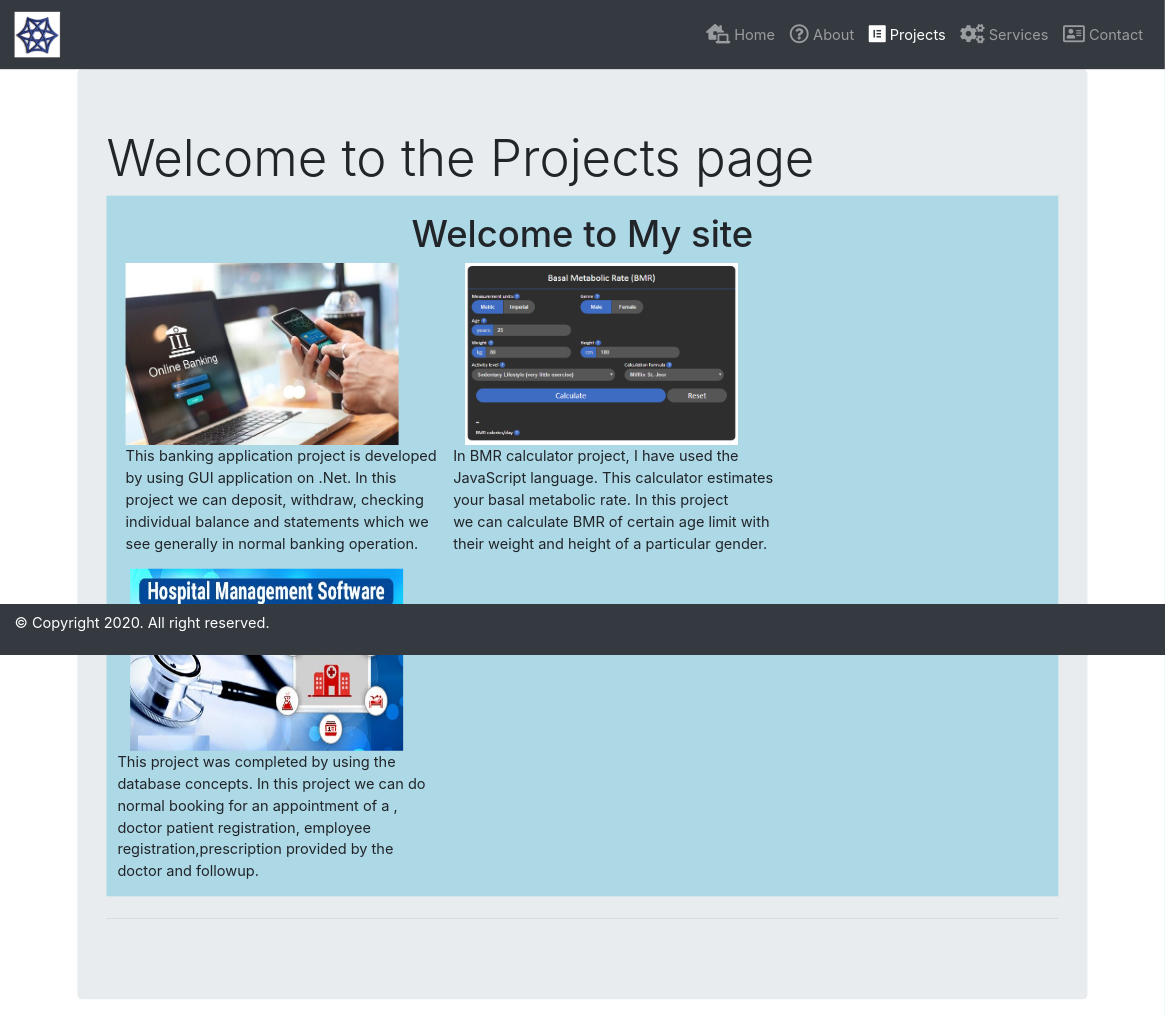
Repository: laxmangothe2020/COMP229Assignment
Page: http://localhost/projects
An editor plug-in stored every save of this project. The page is shown before and after the next save, followed by the edit.
The browser window is 1280 px wide. The pictures show the whole page, at 91% of full size.
The page is served by the project's Node server (server.js). Other server files are loaded and not shown.

Above is the page before, as saved 2021-02-12 00:09:03.

### views/index.ejs

<%- include partials/header.ejs %>

   <%- include partials/main_nav.ejs %>

      <!-- Main Contain -->
   <main class="container">
    <div class="jumbotron">
    <h1 class="display-4"> Welcome to the <%= title %> page </h1>
    <!--Using Switch case all infornation passed through here-->
      <% switch (title) {
        case 'Home' : %>
        <%- include partials/home.ejs %>
                <% break;

        case 'About' : %>
        <%- include partials/about.ejs %>
                <% break;

        case 'Projects' : %>
        <%- include partials/projects.ejs %>
                <% break;

        case 'Services' : %>
        <%- include partials/services.ejs %>
                <% break;

        case 'Contact' : %>
        <%- include partials/contact.ejs %>
              <% break;
       } %>
      <hr class="my-4">
    </div>
  </main>

   <%- include partials/bottom_nav.ejs %>


    <%- include partials/footer.ejs %>

### views/partials/header.ejs

<!DOCTYPE html>
<html lang="en">
  <head>
   <meta charset="UTF-8">
   <meta name="viewport" content="with=device-width, initial-scale=1.0">
    <title><%= title %></title>

  <!-- CSS Section-->
  <link rel="stylesheet" href="/bootstrap/dist/css/bootstrap.min.css">
  <link rel="stylesheet" href="/@fortawesome/fontawesome-free/css/all.min.css">
  <link rel='stylesheet' href='/Content/app.css'/>

</head>
<body>

### views/partials/main_nav.ejs
<!-- Main Navigation -->
   <nav class="navbar navbar-expand-lg navbar-dark bg-dark">
      <a class="navbar-brand" href="/"><img src="./Assets/images/hexagon.jpg" alt="Hexagon picture" width="50" height="50"></a>
      <button class="navbar-toggler" type="button" data-toggle="collapse" data-target="#navbarSupportedContent" aria-controls="navbarSupportedContent" aria-expanded="false" aria-label="Toggle navigation">
       <span class="navbar-toggler-icon"></span>
     </button>

     <div class="collapse navbar-collapse" id="navbarSupportedContent">
        <ul class="navbar-nav ml-auto">

          <% if (title == "Home") { %>
        <li class="nav-item active">
        <% } else { %>
        <li class="nav-item">
        <% } %>
          <a class="nav-link" href="/home"><i class="fas fa-lg fa-laptop-house"></i> Home </a>
        </li>

        <% if (title == "About") { %>
          <li class="nav-item active">
          <% } else { %>
          <li class="nav-item">
          <% } %>
        <a class="nav-link" href="/about"><i class="far fa-lg fa-question-circle"></i> About </a>
        </li>

        <% if (title == "Projects") { %>
          <li class="nav-item active">
          <% } else { %>
          <li class="nav-item">
          <% } %>
        <a class="nav-link" href="/projects"><i class="fab fa-lg fa-elementor"></i> Projects </a>
        </li>

        <% if (title == "Services") { %>
          <li class="nav-item active">
          <% } else { %>
          <li class="nav-item">
          <% } %>
        <a class="nav-link" href="/services"><i class="fas fa-lg fa-cogs"></i> Services </a>
        </li>

        <% if (title == "Contact") { %>
          <li class="nav-item active">
          <% } else { %>
          <li class="nav-item">
          <% } %>
        <a class="nav-link" href="/contact"><i class="far fa-lg fa-address-card"></i> Contact </a>

        </li>

      </div>
    </nav>

### views/partials/home.ejs
<body>
   <div style="background-color: lightblue;margin-bottom: 10px">
                    <h3 style="padding-left: 40px;padding-top:10px;color: #AA7439"><h1 style="text-align:center;">Welcome to My site</h1>
                    <div style="width: 100%;height:100%;background-color:lightblue;">
                        <img src="./Assets/images/homeimg.png" alt="3D Picture" width="450" style="float: right;margin-left: 20px;margin-right:20px;">
                       <p style="padding-left:15px; padding-right: 10px; color:#696969;margin:20px;text-align: justify;line-height:1.7;padding-bottom: 20px;">
                           Your new MyWebsite Now is here! Let's build and publish your website together. We developed this series of help articles to introduce you to the basic functions of web design with your MyWebsite Now.Our industry software experts have years of experience building business automation web solutions for a number of verticals. We use custom APIs and our mastery of web services to build web-based automation services for applications like inventory control, digital marketing and customer relationship management.
                           <br> <br><b> MISSION STATEMENT </b><br><br>
                            My mission is to have a successful careers in software engineering and graduate education with a thorough understanding of software engineering and experiential learning opportunities to apply that knowledge to solve real-world problems.
                             </p>
                    </div>
                    </div>
        <p>
         <h5 style="text-align:center;"><a href="/about"> About Page</a></h5>
        </p>
         <div >
                <div class="social" style="float:left;clear:none;float: right;">

                   <img src="./Assets/images/fbcolor.png">

                   <img src="./Assets/images/InstaColor.png">

                    <img src="./Assets/images/twitterColor.png">
                    <img src="./Assets/images/gPlusColor.png">
               </div>
            </div>

</body>

### views/partials/about.ejs

         <div id="contentEditable">


                    <div style="background-color: lightblue;">
                        <h3 style="padding-left: 40px;padding-top:20px;color: #AA7439"><h3 style="text-align:center;"> About Me </h3>
                        <div style="width: 100%;height:100%;background-color:lightblue;">
                            <img src="./Assets/images/laxman.jpeg" alt="Security for Life" width="300" style="float: right;margin-left: 30px;margin-right:30px">
                           <p style="padding-left:15px; padding-right: 10px; color:#696969;margin:20px;text-align: justify;line-height:1.7;padding-bottom: 20px;">
                             Hello, my name is Laxman Gothe. Currently, I am a student of Software Engineering Technology in the 3rd semester. I am from Nepal. I believe that learning never ends. I love hiking, rafting, and traveling to new places in my free time.
                             <br>
                             <br>
                             Regarding to my education, I had completed a bachlor's degree in Electronics and Communication Engineering fro Tribhuvan University, Nepal.
                             <br>
                             <br>
                             I had enrolled in Software Engineering Technology at Centennial College to a software developer and currently I am enrolled in 3rd semester. Software technology is my first subject that I am taking in Canada and I am enjoying it as it is my part of interest too.
                             <br>
                             <br>
                             Thank You
                             <br>
                             <br>
                             With Regards
                             <br>
                             <br>
                             Laxman Gothe
                             <br>
                             <br>
                             301102988

                           </p>
                       </div>


                    </div>
        </div>
<p>
<h5 style="text-align:center;"><a href="/public/PDF/resume.pdf"> Resume </a></h5>
</p>

### views/partials/projects.ejs
<body>
    <div id="holdingContainer">
 <div style="background-color: lightblue;margin-bottom: 15px">
     <h3 style="padding-left: 40px;padding-top:10px;color: #AA7439">
        <h1 style="text-align:center;">Welcome to My site</h1>
        <div style="width: 100%;height:100%;background-color:lightblue;"></div>
          <div id="contentEditable">
            <div class = "row">
             <div class="column">
               &nbsp;&nbsp;&nbsp;&nbsp;&nbsp;&nbsp;&nbsp;&nbsp;<img src="./Assets/images/banking.jpg" width="300" height="200">
              <p>&nbsp;&nbsp;&nbsp;&nbsp;&nbsp;&nbsp;&nbsp;&nbsp;This banking application project is developed<br>
                &nbsp;&nbsp;&nbsp;&nbsp;&nbsp;&nbsp;&nbsp;&nbsp;by using GUI application on .Net. In this  <br>
                &nbsp;&nbsp;&nbsp;&nbsp;&nbsp;&nbsp;&nbsp;&nbsp;project we can deposit, withdraw, checking<br>
                &nbsp;&nbsp;&nbsp;&nbsp;&nbsp;&nbsp;&nbsp;&nbsp;individual balance and statements which we <br>
                &nbsp;&nbsp;&nbsp;&nbsp;&nbsp;&nbsp;&nbsp;&nbsp;see generally in normal banking operation.</p>
            </div>


           <div class="column">
            &nbsp;&nbsp;&nbsp;&nbsp;&nbsp;&nbsp;&nbsp;<img src="./Assets/images/bmr.png" width="300" height="200" >
             <p> &nbsp;&nbsp;&nbsp;&nbsp;In BMR calculator project, I have used the<br>
                &nbsp;&nbsp;&nbsp;&nbsp;JavaScript language. This calculator estimates <br>
                &nbsp;&nbsp;&nbsp;&nbsp;your basal metabolic rate. In this project <br>
                &nbsp;&nbsp;&nbsp;&nbsp;we can calculate BMR of certain age limit with <br>
                &nbsp;&nbsp;&nbsp;&nbsp;their weight and height of a particular gender.</p>
           </div>



           <div class="column">
            &nbsp;&nbsp;&nbsp;&nbsp;&nbsp;&nbsp;&nbsp;&nbsp;&nbsp;<img src="./Assets/images/hospital.jpg" width="300" height="200" >
               <p> &nbsp;&nbsp;&nbsp;&nbsp;&nbsp;&nbsp;This project was completed by using the<br>
                   &nbsp;&nbsp;&nbsp;&nbsp;&nbsp;&nbsp;database concepts. In this project we can do <br>
                   &nbsp;&nbsp;&nbsp;&nbsp;&nbsp;&nbsp;normal booking for an appointment of a ,<br>
                   &nbsp;&nbsp;&nbsp;&nbsp;&nbsp;&nbsp;doctor patient registration, employee <br>
                   &nbsp;&nbsp;&nbsp;&nbsp;&nbsp;&nbsp;registration,prescription provided by the <br>
                   &nbsp;&nbsp;&nbsp;&nbsp;&nbsp;&nbsp;doctor and followup.</p>
           </div>
        </div>

      </div>
  </div>
</div>
 </body>

### views/partials/services.ejs


<div class="row">
    <div class="column">
        <img src="./Assets/images/mobile.jpg" width="350" height="250" >
    </div>
    <div class="column">
        <img src="./Assets/images/game.jpg" width="350" height="250" >
    </div>
    <div class="column">
        <img src="./Assets/images/quality.jpg" width="350" height="250" >
    </div>
    <br><p><b>Services we provides are:</b></p><br>
    <br><ul style="list-style-image:url(images/bullet.png);">
    <li>Mobile Development  📱</li>
    <li>Game Development  🎮</li>
    <li>Quality Assurance  🎖️</li>
    <li>Website Design  🌐</li>
    <li>Technical Support  ♻️</li>
    </ul>
</div>

### views/partials/contact.ejs
<body>
 <div style="background-color: lightblue;margin-bottom: 10px">
  <h3 style="padding-left: 40px;padding-top:10px;color: #AA7439"><h1 style="text-align:center;">Welcome to My site</h1>
   <div style="width: 100%;height:100%;background-color:lightblue;">
      <div class="container">
       <h5 class="display-5">Please Fillup the following details</h5>
         <div id="errorMessage" class="alert alert-danger" role="alert" hidden>
       </div>

     <form id="conactForm">
      <div class="form-group">
        <label for="firstName">First Name</label>
        <input type="text" class="form-control" id="firstName" name="firstName" aria-describedby="firstName"
        placeholder="Enter First Name" required autofocus>
      </div>

      <div class="form-group">
        <label for="lastName">Last Name</label>
        <input type="text" class="form-control" id="lastName" name="lastName" aria-describedby="lastName"
        placeholder="Enter Last Name" required>
      </div>

      <div class="form-group">
        <label for="contactNumber">Contact Number</label>
        <input type="tel" class="form-control" id="contactNumber" name="contactNumber" aria-describedby="contactNumber"
        placeholder="Enter Contact Number" required>
      </div>

      <div class="form-group">
        <label for="emailAddress">Email address</label>
        <input type="email" class="form-control" id="emailAddress" name="emailAddress" aria-describedby="emailAddress"
        placeholder="Enter Email" required>
      </div>

      <div class="form-group">
        <label for="shortMessage">Your Message</label>
        <textarea class="form-control" id="shortMessage"  name="shortMessage" rows="3" aria-describedby="shortMessage" placeholder="--If you have Short message, please write here--" required></textarea></textarea>
      </div>

      <button type="button" class="btn btn-outline-success">Submit</button></a>
      <!--<button id="submitButton" type="submit" class="btn btn-primary btn-lg"><i class="fas fa-share-square"></i> Send</button> -->
      <button type="button" class="btn btn-outline-danger">Cancel</button>
     </form>
     </div>
    </div>
   </div>
   </body>

### views/partials/bottom_nav.ejs
<!-- Bottom Nav -->

    <footer>

       <nav class="navbar fixed-bottom navbar-dark bg-dark">
           <p style="color:white;">&copy; Copyright 2020. All right reserved.</p>
       </nav>

    </footer>

### views/partials/footer.ejs
<!-- Script Section-->
    <script src="/jquery/dist/jquery.min.js"></script>
    <script src="/bootstrap/dist/js/bootstrap.min.js"></script>
    <script src="/Scripts/app.js"></script>
 </body>
</html>

### server.js
#!/usr/bin/env node

/**
 * Module dependencies.
 */

let app = require('./app');
let debug = require('debug')('week4:server');
let http = require('http');

/**
 * Get port from environment and store in Express.
 */

let port = normalizePort(process.env.PORT || '3000');
app.set('port', port);

/**
 * Create HTTP server.
 */

let server = http.createServer(app);

/**
 * Listen on provided port, on all network interfaces.
 */

server.listen(port);
server.on('error', onError);
server.on('listening', onListening);

/**
 * Normalize a port into a number, string, or false.
 */

function normalizePort(val) {
  let port = parseInt(val, 10);

  if (isNaN(port)) {
    // named pipe
    return val;
  }

  if (port >= 0) {
    // port number
    return port;
  }

  return false;
}

/**
 * Event listener for HTTP server "error" event.
 */

function onError(error) {
  if (error.syscall !== 'listen') {
    throw error;
  }

  let bind = typeof port === 'string'
    ? 'Pipe ' + port
    : 'Port ' + port;

  // handle specific listen errors with friendly messages
  switch (error.code) {
    case 'EACCES':
      console.error(bind + ' requires elevated privileges');
      process.exit(1);
      break;
    case 'EADDRINUSE':
      console.error(bind + ' is already in use');
      process.exit(1);
      break;
    default:
      throw error;
  }
}

/**
 * Event listener for HTTP server "listening" event.
 */

function onListening() {
  let addr = server.address();
  let bind = typeof addr === 'string'
    ? 'pipe ' + addr
    : 'port ' + addr.port;
  debug('Listening on ' + bind);
}

### routes/index.js
var express = require('express');
var router = express.Router();

/* GET home page. */
router.get('/', function(req, res, next) {
  res.render('index', { title: 'Home'});
});

/* GET home page. */
router.get('/home', function(req, res, next) {
  res.render('index', { title: 'Home'});
});

/* GET About page. */
router.get('/about', function(req, res, next) {
  res.render('index', { title: 'About'});
});

/* GET Products page. */
router.get('/projects', function(req, res, next) {
  res.render('index', { title: 'Projects'});
});

/* GET Services page. */
router.get('/services', function(req, res, next) {
  res.render('index', { title: 'Services'});
});


/* GET Contact us page. */
router.get('/contact', function(req, res, next) {
  res.render('index', { title: 'Contact'});
});

module.exports = router;

### app.js
//installed third party packages
let createError = require('http-errors');
let express = require('express');
let path = require('path');
let cookieParser = require('cookie-parser');
let logger = require('morgan');

let indexRouter = require('./routes/index');
let usersRouter = require('./routes/users');

let app = express();

// view engine setup
app.set('views', path.join(__dirname, 'views'));
app.set('view engine', 'ejs');

app.use(logger('dev'));
app.use(express.json());
app.use(express.urlencoded({ extended: false }));
app.use(cookieParser());
app.use(express.static(path.join(__dirname, 'public')));
app.use(express.static(path.join(__dirname, 'node_modules')));

app.use('/', indexRouter);
app.use('/users', usersRouter);
app.use('/public/images', express.static('./public/images') ) ;
app.use('/public/PDF', express.static('./public/PDF'));
app.use('/views/partials', express.static('./views/partials'));


// catch 404 and forward to error handler
app.use(function(req, res, next) {
  next(createError(404));
});

// error handler
app.use(function(err, req, res, next) {
  // set locals, only providing error in development
  res.locals.message = err.message;
  res.locals.error = req.app.get('env') === 'development' ? err : {};

  // render the error page
  res.status(err.status || 500);
  res.render('error');
  res.render('error', {title: 'Error'});
});

module.exports = app;

### public/Content/app.css
/* Custom CSS goes here */

### public/Scripts/app.js
// IIFE
(function(){
    function start()
    {
        console.log("App started...")
    }
    window.addEventListener("load", start);

})();

After the next save:
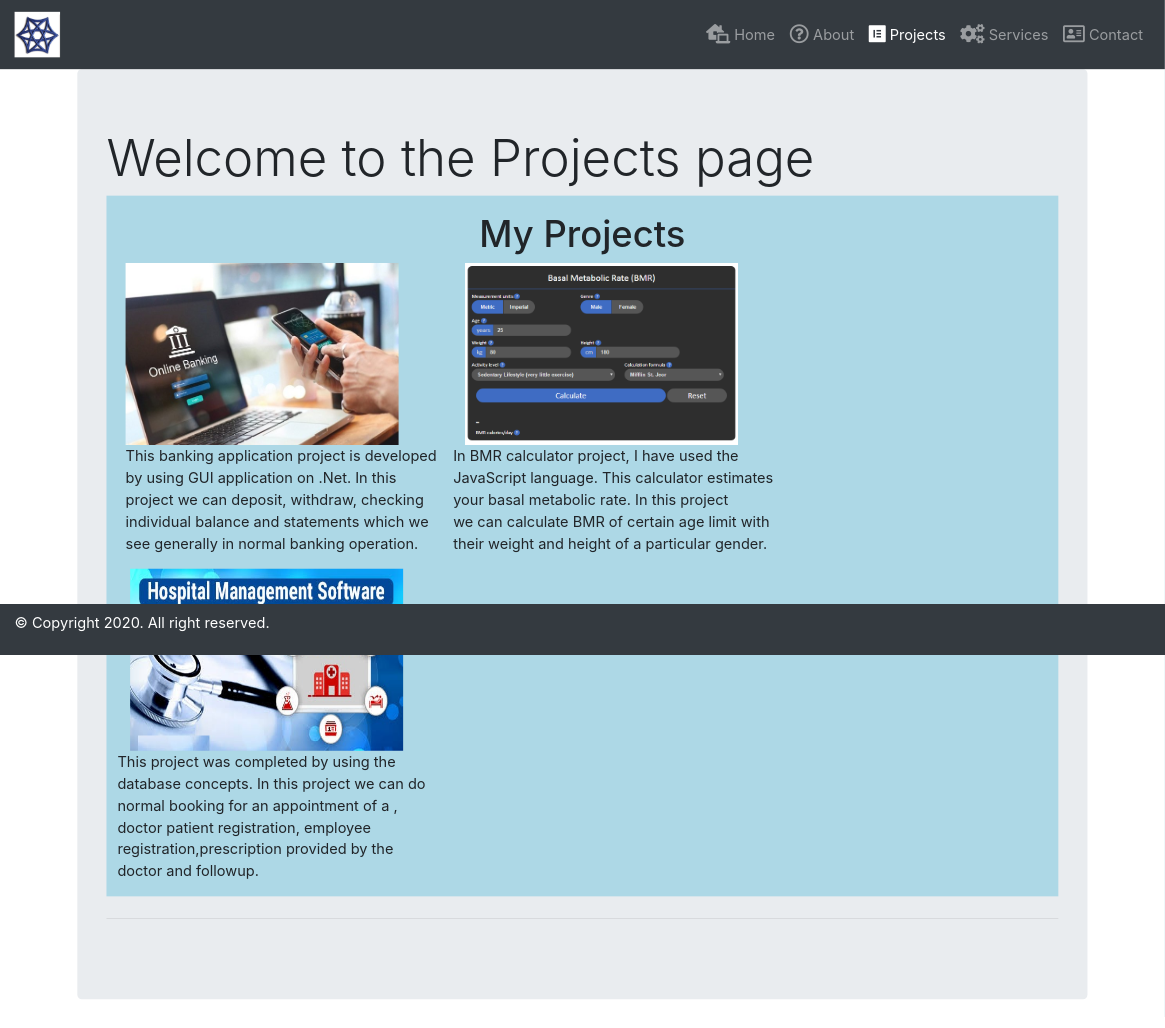
Saved 56 s later.
--- a/views/partials/projects.ejs
+++ b/views/partials/projects.ejs
@@ -2,7 +2,7 @@
     <div id="holdingContainer">
  <div style="background-color: lightblue;margin-bottom: 15px">
      <h3 style="padding-left: 40px;padding-top:10px;color: #AA7439">
-        <h1 style="text-align:center;">Welcome to My site</h1>
+        <h1 style="text-align:center;">My Projects</h1>
         <div style="width: 100%;height:100%;background-color:lightblue;"></div>
           <div id="contentEditable">
             <div class = "row">
